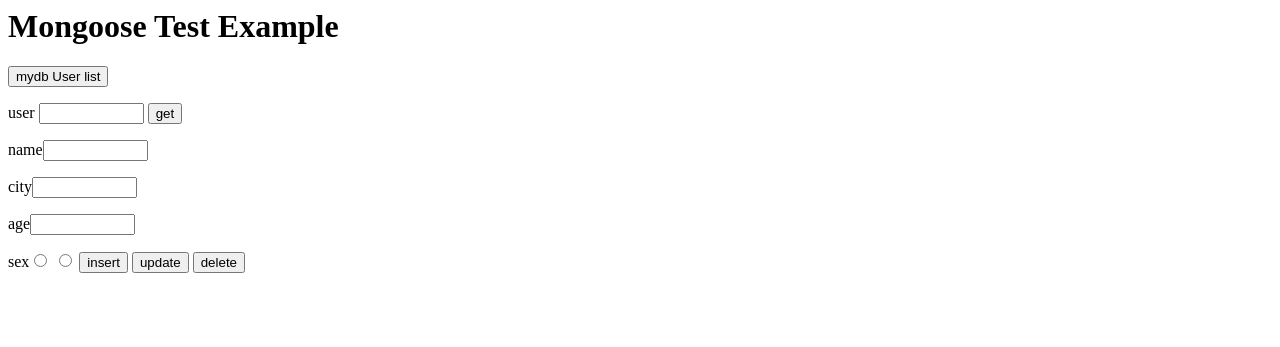
Repository: jaechullee2/anew
Page: node/mongos/views/index.html
The author's editor kept a record of every edit. The page is drawn from the files as they stood at one moment, then again after the next edit.
The browser window is 1280 px wide. The pictures show the whole page.

Above is the page before.

After the next edit:
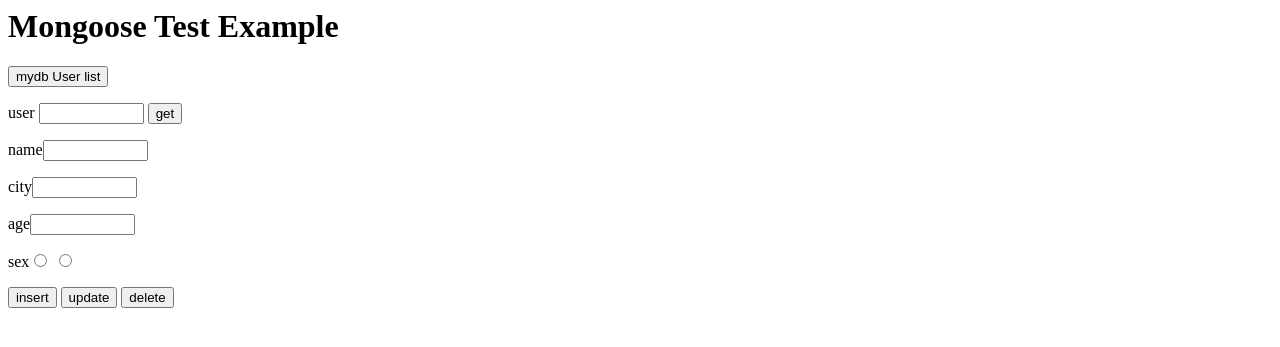
The edit:
--- a/node/mongos/views/index.html
+++ b/node/mongos/views/index.html
@@ -14,7 +14,7 @@
         <p>city<input type="text" size='10' name="name"/>
         <p>age<input type="text"  size='10' name="name"/>
         <p>sex<input type="radio"  name="sex" value="male"/>
-        <input type="radio"  name="sex" value="female"/>
+        <input type="radio"  name="sex" value="female"/><p>
 
         <input type="submit" value="insert" onclick='this.form.action="/insert"'/>
         <input type="submit" value="update" onclick='this.form.action="/update"'/>
